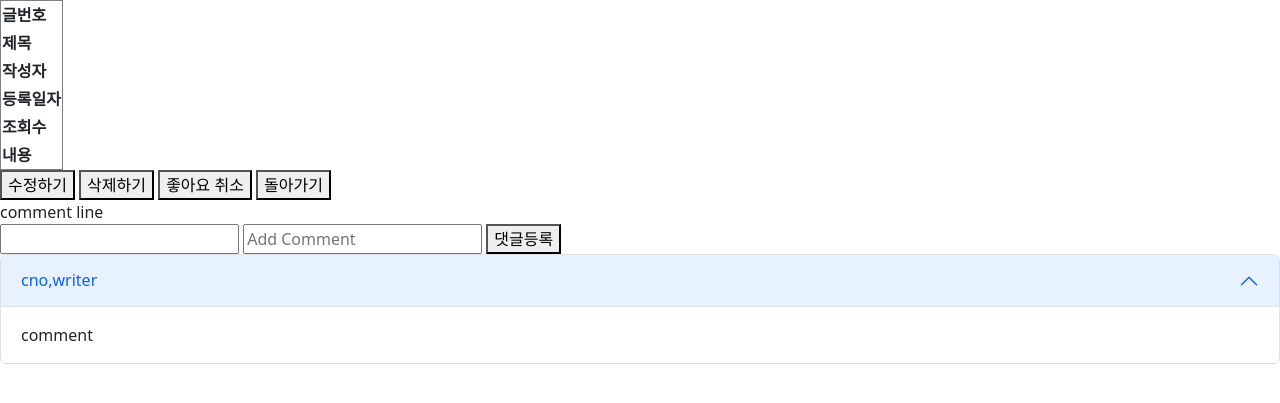
Repository: WoodongMaster/JSP_Workspace
Page: http://localhost/jsp_project/board/post.jsp
The author's editor kept a copy of each file at every save. The page is drawn from the files as they stood at one save, then again after the next save.
The browser window is 1280 px wide. The pictures show the whole page.
The page is served by Tomcat 9. Other server files are loaded and not shown. The template is opened directly, without the code that normally fills it, so the values that code supplies are empty.

Above is the page before, as saved 2023-05-19 02:22:20.

### jsp_project3/jsp_project/src/main/webapp/board/post.jsp
<%@ page language="java" contentType="text/html; charset=UTF-8"
	pageEncoding="UTF-8"%>
<%@ taglib uri="http://java.sun.com/jsp/jstl/core" prefix="c"%>
<!-- CSS only -->
<link href="https://cdn.jsdelivr.net/npm/bootstrap@5.2.3/dist/css/bootstrap.min.css"rel="stylesheet" integrity="sha384-rbsA2VBKQhggwzxH7pPCaAqO46MgnOM80zW1RWuH61DGLwZJEdK2Kadq2F9CUG65" crossorigin="anonymous">
<!-- JavaScript Bundle with Popper -->
<script src="https://cdn.jsdelivr.net/npm/bootstrap@5.2.3/dist/js/bootstrap.bundle.min.js" integrity="sha384-kenU1KFdBIe4zVF0s0G1M5b4hcpxyD9F7jL+jjXkk+Q2h455rYXK/7HAuoJl+0I4" crossorigin="anonymous"></script>
<!DOCTYPE html>
<html>
<head>
<meta charset="UTF-8">
<title>게시글 상세보기 페이지</title>
</head>
<body>

	<table border="1">
		<tr>
			<th>글번호</th>
		</tr>
		<tr align="center">
			<td>${post.bnum}</td>
		</tr>
		<tr>
			<th>제목</th>
		</tr>
		<tr align="center">
			<td>${post.title}</td>
		</tr>
		<tr>
			<th>작성자</th>
		</tr>
		<tr align="center">
			<td>${post.writer}</td>
		</tr>
		<tr>
			<th>등록일자</th>
		</tr>
		<tr align="center">
			<td>${post.write_date}</td>
		</tr>
		<tr>
			<th>조회수</th>
		</tr>
		<tr align="center">
			<td>${post.count}</td>
		</tr>
		<tr>
			<th>내용</th>
		</tr>
		<tr align="center">
			<td>${post.post}</td>
		</tr>
	</table>

	<c:if test="${post.writer eq sesID}">
		<a href="/brd/modify?bnum=${post.bnum}"><button>수정하기</button></a>
		<a href="/brd/remove?bnum=${post.bnum}"><button>삭제하기</button></a>
	</c:if>

	<c:choose>
		<c:when test="${not empty sesID}">
			<a href="/brd/like?bnum=${post.bnum}&value=true"><button>좋아요</button></a>
		</c:when>
		<c:otherwise>
			<a href="/brd/like?bnum=${post.bnum}&value=false"><button>좋아요 취소</button></a>
		</c:otherwise>
	</c:choose>

	<a href="/brd/list"><button>돌아가기</button></a>

	<div alian="center">
	comment line<br>
	<%-- 댓글 작성 라인 --%>
	<input type="text" id="cmtWriter" value="${ses.id}" readonly="readonly">
	<input type="text" id="cmtText" placeholder = "Add Comment">
	<button type="button" id="cmtAddBtn">댓글등록</button>
	</div>

	<%-- 댓글 표시 라인 --%>
<div class="accordion" id="accordionExample">
  <div class="accordion-item">
    <h2 class="accordion-header" id="headingOne">
      <button class="accordion-button" type="button" data-bs-toggle="collapse" data-bs-target="#collapseOne" aria-expanded="true" aria-controls="collapseOne">
        cno,writer
      </button>
    </h2>
    <div id="collapseOne" class="accordion-collapse collapse show" aria-labelledby="headingOne" data-bs-parent="#accordionExample">
      <div class="accordion-body">
      comment
      </div>
    </div>
  </div>
</div>

</body>
</html>

After the next save:
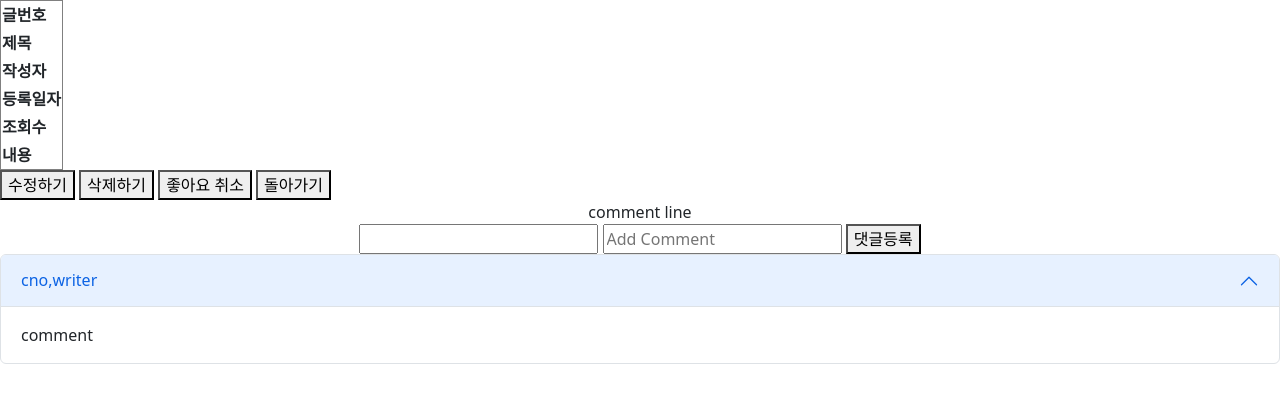
Saved 6 s later.
--- a/jsp_project3/jsp_project/src/main/webapp/board/post.jsp
+++ b/jsp_project3/jsp_project/src/main/webapp/board/post.jsp
@@ -68,7 +68,7 @@
 
 	<a href="/brd/list"><button>돌아가기</button></a>
 
-	<div alian="center">
+	<div align="center">
 	comment line<br>
 	<%-- 댓글 작성 라인 --%>
 	<input type="text" id="cmtWriter" value="${ses.id}" readonly="readonly">
